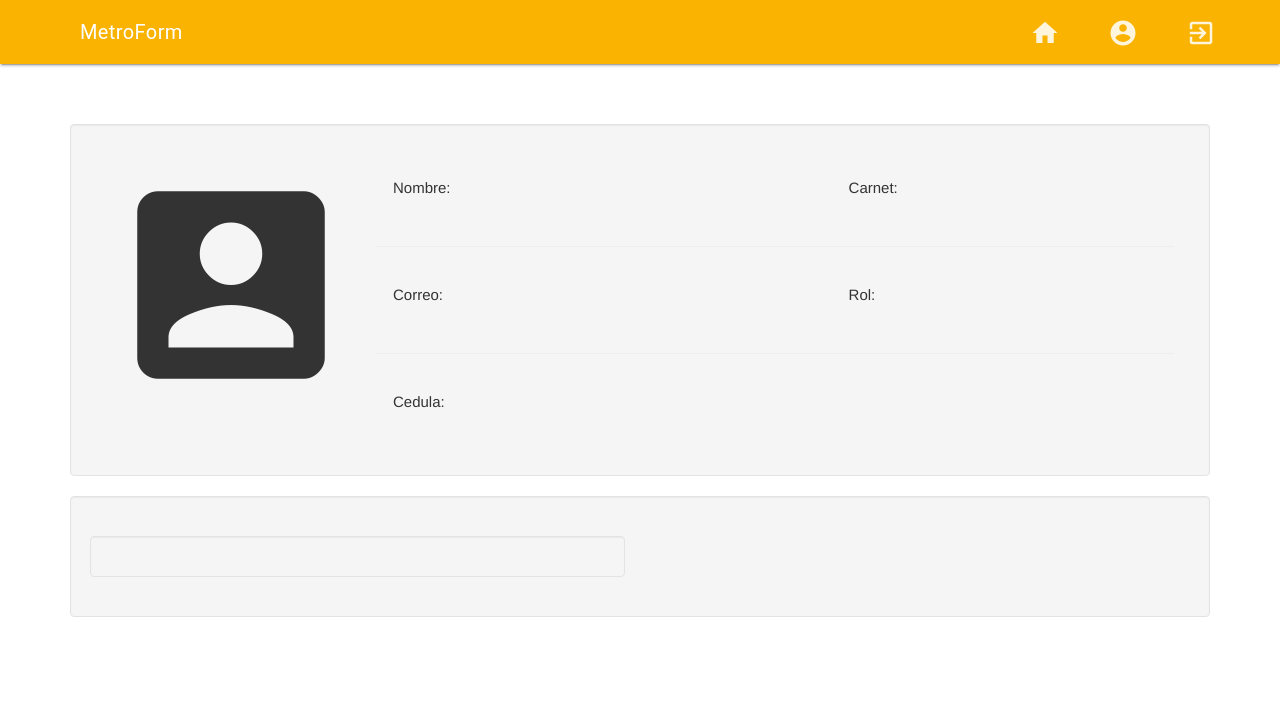
Repository: rodolfofranco/Metroform
Page: Vistas/Usuario.html
The author's editor kept a record of every edit. The page is drawn from the files as they stood at one moment, then again after the next edit.
The browser window is 1280 px wide. The pictures show the whole page.
The page's requests for data from a server got no answer. Some web libraries are served in a nearby version.

Above is the page before.

After the next edit:
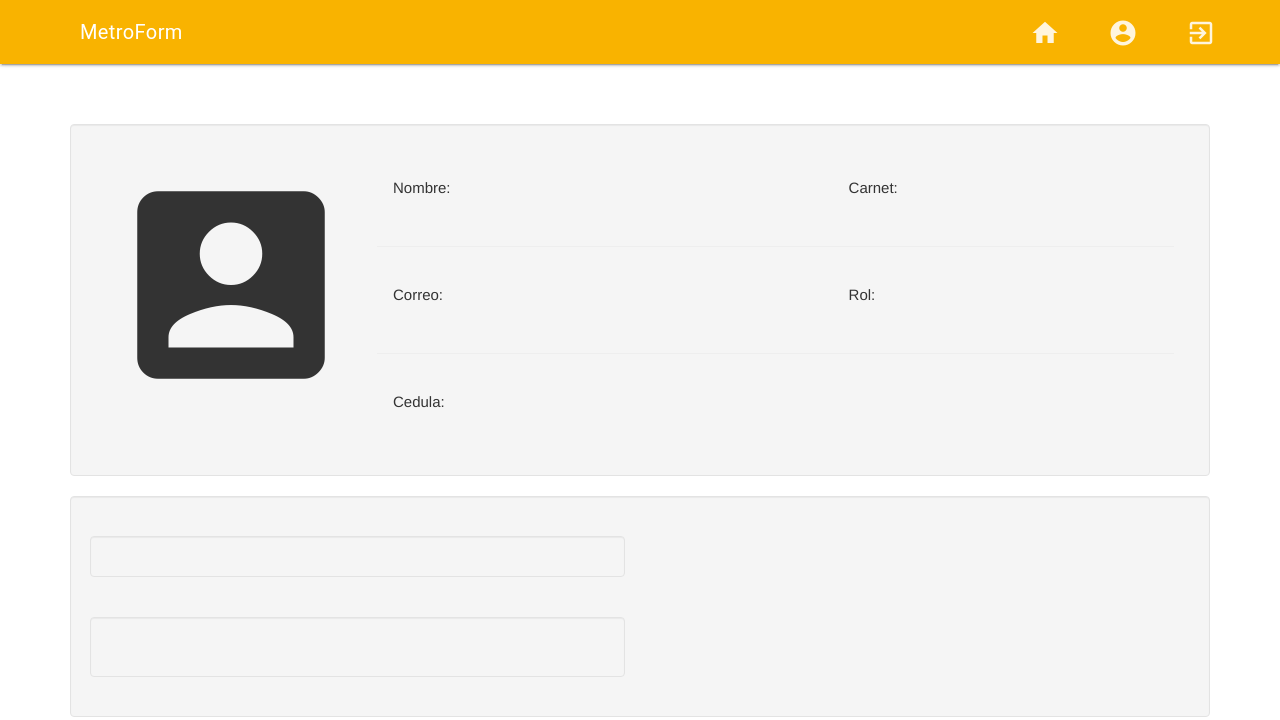
The edit:
--- a/Vistas/Usuario.html
+++ b/Vistas/Usuario.html
@@ -167,6 +167,26 @@
 
             </div>
           </div>
+          <br>
+          <div class="well">
+        <center>
+          <div class="row">
+            <div class="col-sm-6" >
+              <div id="titulo2">
+
+              </div>
+              <table class="mdl-data-table mdl-js-data-table mdl-data-table mdl-shadow--2dp">
+
+                  <thead id="tablaDocente">
+
+                  </thead>
+
+                <tbody id="matDocente">
+
+                </tbody>
+
+              </table>
+              <br>
         </center>
 
 
